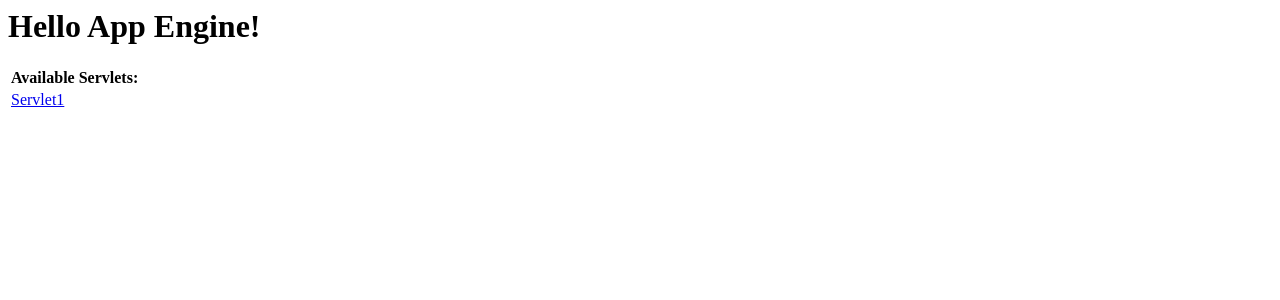
Repository: TharanyaM/Adaptavant--project
Page: Servlet1/war/index.html
The author's editor kept a copy of each file at every save. The page is drawn from the files as they stood at one save, then again after the next save.
The browser window is 1280 px wide. The pictures show the whole page.

Above is the page before, as saved 2015-10-06 07:46:37.

After the next save:
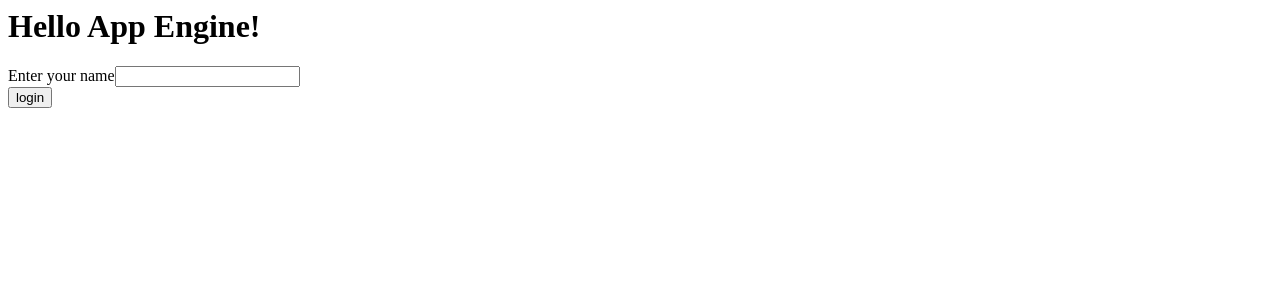
Saved 104 s later.
--- a/Servlet1/war/index.html
+++ b/Servlet1/war/index.html
@@ -15,13 +15,9 @@
   <body>
     <h1>Hello App Engine!</h1>
 
-    <table>
-      <tr>
-        <td colspan="2" style="font-weight:bold;">Available Servlets:</td>
-      </tr>
-      <tr>
-        <td><a href="servlet1">Servlet1</a></td>
-      </tr>
-    </table>
+    <form action="servlet1" method="get">
+Enter your name<input type="text" name="name"><br>
+<input type="submit" value="login">
+</form>
   </body>
 </html>
